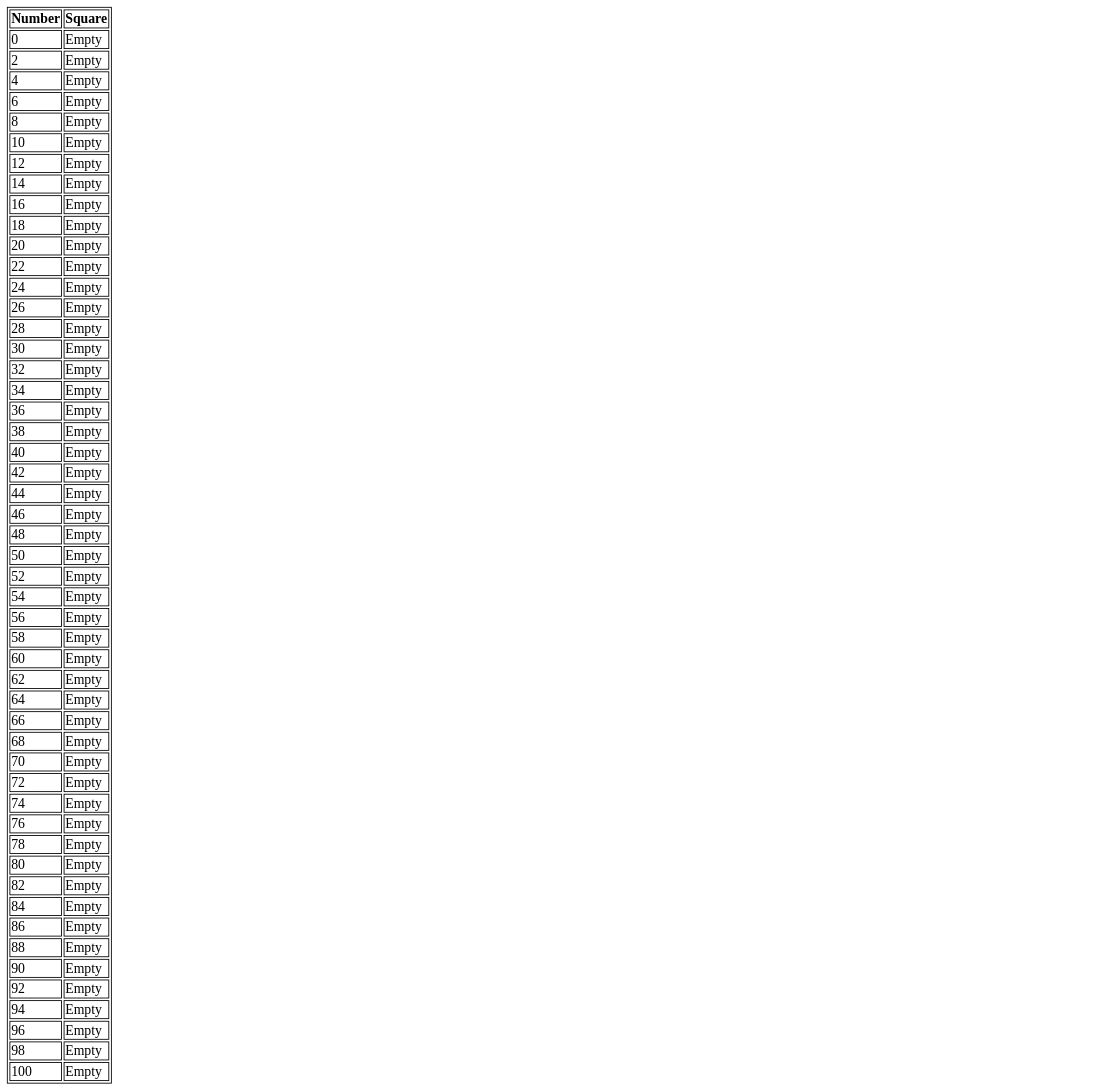
Repository: zhanivanov/PHP_Basics_Course_Homework
Page: http://localhost/1.SquareRootSum/SquareRootSum.php
These files come from the project's save history. The page is drawn as it stood at one moment and after the next save; the edit follows.
The browser window is 1280 px wide. The pictures show the whole page, at 86% of full size.
The page is run by PHP 8.4 with error messages shown; the project is at /var/www/html/.

Above is the page before, as saved 2014-08-23 13:49:11.

### PHP_Flow_Control/1.SquareRootSum/SquareRootSum.php
<!DOCTYPE html>
<html>
    <head>
        <title>Square Root Sum</title>
        <style>
            table,tr,th,td{
                border: 1px solid black;
            }
        </style>
    </head>
    <body>
        <table>
            <thead>
                <tr>
                    <th>Number</th>
                    <th>Square</th>
                </tr>
            </thead>
            <tbody>
                <?php
                    for($i = 0; $i<=100; $i+=2): ?>
                <tr>
                    <td><?= $i ?></td>
                    <td>Empty</td>
                </tr>
                <?php endfor; ?>
            </tbody>
        </table>
    </body>
</html>

After the next save:
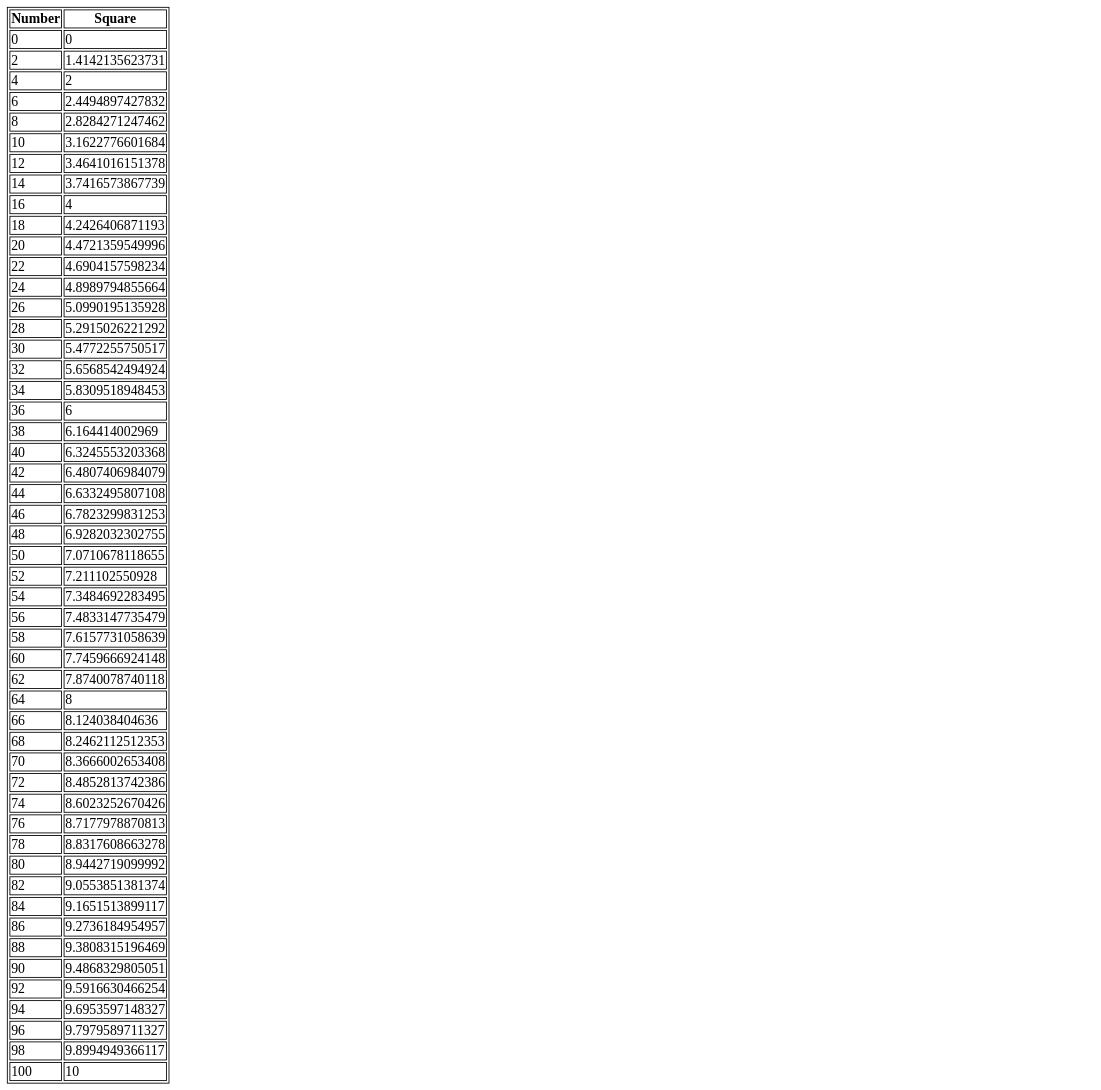
Saved 95 s later.
--- a/PHP_Flow_Control/1.SquareRootSum/SquareRootSum.php
+++ b/PHP_Flow_Control/1.SquareRootSum/SquareRootSum.php
@@ -21,7 +21,7 @@
                     for($i = 0; $i<=100; $i+=2): ?>
                 <tr>
                     <td><?= $i ?></td>
-                    <td>Empty</td>
+                    <td><?= sqrt($i) ?></td>
                 </tr>
                 <?php endfor; ?>
             </tbody>
